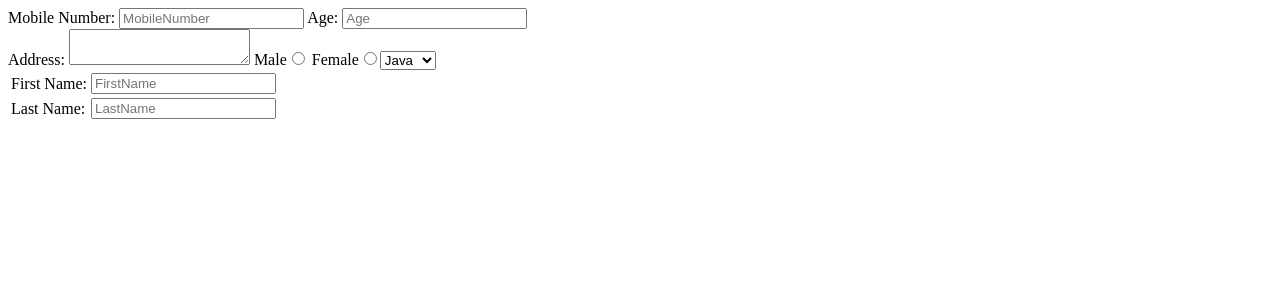
Repository: Ganesh281996/Ganesh
Page: BasicHtml/WebContent/Login.html
These files come from the project's save history. The page is drawn as it stood at one moment and after the next save; the edit follows.
The browser window is 1280 px wide. The pictures show the whole page.

Above is the page before, as saved 2018-03-27 12:04:03.

### BasicHtml/WebContent/Login.html
<!DOCTYPE html>
<html>
<head>
<meta charset="UTF-8">
<title>Insert title here</title>
</head>
<body>
<form action="">
<table>

<tr>
<td>First Name:	</td><td> <input  id="FirstName" placeholder="FirstName"></td>
 </tr>
 <tr>
<td>Last Name:</td> <td><input id="LastName" placeholder="LastName"></td>
</tr>
<tr>
Mobile Number: <input id="Mobile" placeholder="MobileNumber">
</tr>
<tr>
Age: <input id="Age" placeholder="Age"><br>
</tr>
<tr>
Address: <textarea id="Address" placeholder="Address">  </textarea>
</tr>
<tr>
Male<input type="radio" name="Gender" value="Male">
Female<input type="radio" name="Gender" value="Female">
<select>
<option value="Java">Java</option>
<option value=".Net">.Net</option>
<option value="C++">C++</option>
<option value="Mean">Mean</option>
</select>
</table>
</form>
</body>
</html>

After the next save:
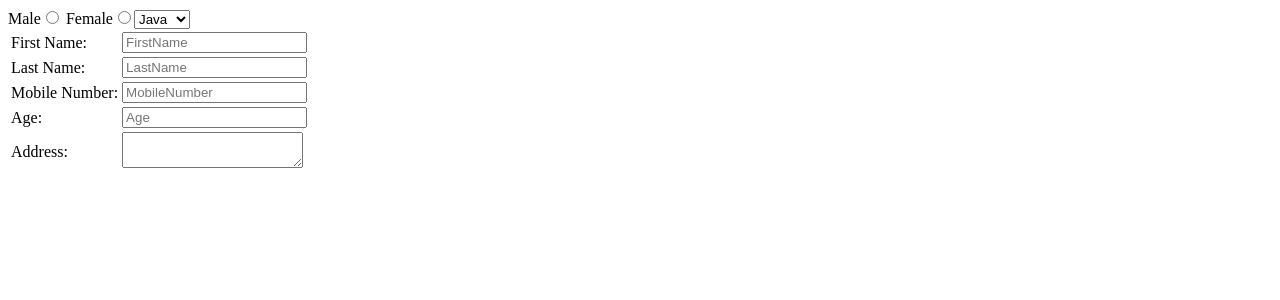
Saved 56 s later.
--- a/BasicHtml/WebContent/Login.html
+++ b/BasicHtml/WebContent/Login.html
@@ -15,13 +15,13 @@
 <td>Last Name:</td> <td><input id="LastName" placeholder="LastName"></td>
 </tr>
 <tr>
-Mobile Number: <input id="Mobile" placeholder="MobileNumber">
+<td>Mobile Number: <td><input id="Mobile" placeholder="MobileNumber">
 </tr>
 <tr>
-Age: <input id="Age" placeholder="Age"><br>
+<td>Age: <td><input id="Age" placeholder="Age"><br>
 </tr>
 <tr>
-Address: <textarea id="Address" placeholder="Address">  </textarea>
+<td>Address: <td><textarea id="Address" placeholder="Address">  </textarea>
 </tr>
 <tr>
 Male<input type="radio" name="Gender" value="Male">
